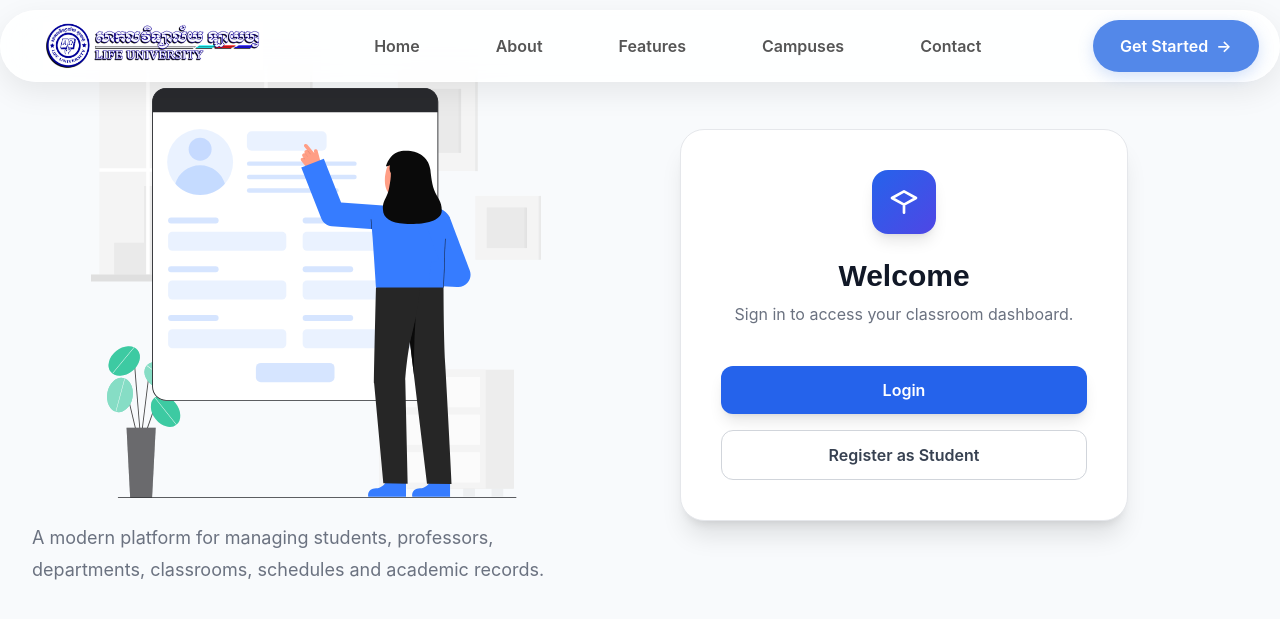
Repository: Chocovcandy/Classroom_Management_System
Page: http://localhost/Login_page
These files come from the project's save history. The page is drawn as it stood at one moment and after the next save; the edit follows.
The browser window is 1280 px wide. The pictures show the whole page.
Some web libraries are served in a nearby version. The page is served by the project's Laravel application, run on PHP 8.4 with Laravel 12. Other server files are loaded and not shown.

Above is the page before, as saved 2026-08-12 08:19:07.

### routes/web.php
<?php

use App\Http\Controllers\ProfileController;
use App\Http\Controllers\RoleSelectController;
use Illuminate\Support\Facades\Route;
use App\Http\Controllers\Admin\DepartmentController;
use App\Http\Controllers\Admin\UserController;

//public routes
Route::get('/', function () {
    return view('welcome');
})->name('welcome');

Route::get('/Login_page', function () {
    return view('Login_page');
})->name('Login_page');


// Authentication routes (login, register, etc.) are provided by Breeze
Route::middleware(['auth'])->group(function () {

    // Role selection (after login)
    Route::get('/role/select', [RoleSelectController::class, 'show'])
        ->name('role.select');

    Route::post('/role/select', [RoleSelectController::class, 'store'])
        ->name('role.select.store');

    // Profile (any logged-in user)
    Route::controller(ProfileController::class)->group(function () {
        Route::get('/profile', 'edit')->name('profile.edit');
        Route::patch('/profile', 'update')->name('profile.update');
        Route::delete('/profile', 'destroy')->name('profile.destroy');
    });

    // Admin routes
    Route::prefix('admin')
        ->name('admin.')
        ->middleware(['role:Admin'])
        ->group(function () {

            Route::view('/dashboard', 'admin.dashboard')
                ->name('dashboard');

            Route::resource('users', UserController::class);
            Route::resource('departments', DepartmentController::class);
        });

 // Dean rputes
    Route::prefix('dean')
        ->name('dean.')
        ->middleware(['role:Dean'])
        ->group(function () {
            Route::view('/dashboard', 'dean.dashboard')
                ->name('dashboard');
        });

    //HoD routes
    Route::prefix('hod')
        ->name('hod.')
        ->middleware(['role:HoD'])
        ->group(function () {
            Route::view('/dashboard', 'hod.dashboard')
                ->name('dashboard');
        });

    // Professor routes
    Route::prefix('professor')
        ->name('professor.')
        ->middleware(['role:Professor'])
        ->group(function () {
            Route::view('/dashboard', 'professor.dashboard')
                ->name('dashboard');
        });

    // Student routes
    Route::prefix('student')
        ->name('student.')
        ->middleware(['role:Student'])
        ->group(function () {
            Route::view('/dashboard', 'student.dashboard')
                ->name('dashboard');
        });


});

require __DIR__.'/auth.php';

### resources/views/Login_page.blade.php
<!DOCTYPE html>
<html lang="en">

<head>
    <meta charset="UTF-8">
    <meta name="viewport" content="width=device-width, initial-scale=1.0">
    <!--=============== BOXICONS ===============-->
    <link rel="stylesheet" href="https://cdn.jsdelivr.net/npm/boxicons@latest/css/boxicons.min.css">

    <link rel="stylesheet" href="/assets/css/style.css">

    <title>Classroom Management System</title>

    <!-- Tailwind CDN (quick setup) -->
    <script src="https://cdn.tailwindcss.com"></script>
</head>
<body>

    <!--=============== HEADER ===============-->
    <header class="header">
        <nav class="nav container">
            <!-- Logo -->
            <a href="#" class="nav__brand">
                <img src="../assets/img/Life_Un_logo.png" alt="Life University" class="LU_logo">
            </a>
            <!-- Menu -->
            <div class="nav__menu">
                <ul class="nav__list">

                    <li class="nav__item">
                        <a href="#home" class="nav__link">Home</a>
                    </li>

                    <li class="nav__item">
                        <a href="#about" class="nav__link">About</a>
                    </li>

                    <li class="nav__item">
                        <a href="#features" class="nav__link">Features</a>
                    </li>

                    <li class="nav__item">
                        <a href="#campuses" class="nav__link">Campuses</a>
                    </li>

                    <li class="nav__item">
                        <a href="#contact" class="nav__link">Contact</a>
                    </li>
                </ul>
            </div>

            <!-- Right Buttons -->
            <div class="nav__actions">
                <div class="home__buttons">
                    <a href="{{ route('Login_page') }}" class="button">
                        Get Started
                        <span style="margin-left: 8px;">→</span>
                    </a>
                </div>
            </div>
        </nav>
    </header>
            <div class="min-h-screen bg-slate-50">


                <div class="max-w-7xl mx-auto px-8 py-16 grid lg:grid-cols-2 gap-20 items-center">
                    <div>
                        <!-- <span class="bg-blue-100 text-blue-700 px-4 py-2 rounded-full text-sm">
                            Classroom Management System
                        </span> -->

                        <div class="img_svg8">
                            <x-icons.form />
                        </div>

                        <p class="mt-6 text-lg text-gray-500 leading-8">

                            A modern platform for managing students,
                            professors, departments, classrooms,
                            schedules and academic records.

                        </p>

                        <!-- <div class="grid grid-cols-2 gap-5 mt-10">

                            <div class="bg-white rounded-2xl p-5 shadow">
                                Student Management
                            </div>

                            <div class="bg-white rounded-2xl p-5 shadow">
                                Professor Management
                            </div>

                            <div class="bg-white rounded-2xl p-5 shadow">
                                Schedule Management
                            </div>

                            <div class="bg-white rounded-2xl p-5 shadow">
                                Department Management
                            </div>

                        </div> -->

                    </div>


                    <!-- Right -->

                    <div class="w-full max-w-md bg-white rounded-3xl border border-gray-200 shadow-xl p-10">

                        <!-- Header -->
                        <div class="text-center">

                            <div
                                class="mx-auto flex h-16 w-16 items-center justify-center rounded-2xl bg-gradient-to-br from-blue-600 to-indigo-600 shadow-lg">
                                <svg xmlns="http://www.w3.org/2000/svg" class="h-8 w-8 text-white" fill="none"
                                    viewBox="0 0 24 24" stroke="currentColor">

                                    <path stroke-linecap="round" stroke-linejoin="round" stroke-width="2"
                                        d="M12 14l9-5-9-5-9 5 9 5zm0 0v6m0-6L3 9m9 5l9-5" />

                                </svg>
                            </div>

                            <h2 class="mt-6 text-3xl font-bold text-gray-900">
                                Welcome
                            </h2>

                            <p class="mt-2 text-gray-500">
                                Sign in to access your classroom dashboard.
                            </p>

                        </div>

                        @guest

                            <div class="mt-10 space-y-4">

                                <a href="{{ route('login') }}"
                                    class="flex items-center justify-center rounded-xl bg-blue-600 py-3 font-semibold text-white shadow-lg hover:bg-blue-700 hover:shadow-xl transition duration-300">

                                    Login

                                </a>

                                @if (Route::has('register'))

                                    <a href="{{ route('register') }}"
                                        class="flex items-center justify-center rounded-xl border border-gray-300 bg-white py-3 font-semibold text-gray-700 hover:bg-gray-50 transition duration-300">

                                        Register as Student

                                    </a>

                                @endif

                            </div>

                        @endguest


                        @auth

                            @php
                                $role = auth()->user()->roles->first()->role_name ?? 'User';
                            @endphp

                            <div class="mt-8">

                                <!-- User Card -->
                                <div class="rounded-2xl bg-slate-50 border border-slate-200 p-5 text-center">

                                    <div
                                        class="mx-auto flex h-14 w-14 items-center justify-center rounded-full bg-blue-100 text-blue-700 font-bold text-xl">

                                        {{ strtoupper(substr(auth()->user()->name, 0, 1)) }}

                                    </div>

                                    <h3 class="mt-4 text-xl font-semibold text-gray-900">
                                        {{ auth()->user()->name }}
                                    </h3>

                                    <span
                                        class="inline-flex mt-2 rounded-full bg-blue-100 px-3 py-1 text-sm font-medium text-blue-700">

                                        {{ $role }}

                                    </span>

                                </div>

                                <!-- Dashboard Button -->

                                @if ($role === 'Admin')
                                <a href="{{ route('admin.dashboard') }}" @elseif ($role === 'Dean')
                                href="{{ route('dean.dashboard') }}" @elseif ($role === 'HoD')
                                    href="{{ route('hod.dashboard') }}" @elseif ($role === 'Professor')
                                    href="{{ route('professor.dashboard') }}" @elseif ($role === 'Student')
                                    href="{{ route('student.dashboard') }}" @endif
                                    class="mt-6 flex justify-center rounded-xl bg-emerald-600 py-3 font-semibold text-white shadow-lg hover:bg-emerald-700 transition">

                                    Go to Dashboard

                                </a>

                                <form method="POST" action="{{ route('logout') }}" class="mt-4">
                                    @csrf

                                    <button type="submit"
                                        class="w-full rounded-xl border border-red-300 py-3 font-medium text-red-600 hover:bg-red-50 transition">

                                        Logout

                                    </button>

                                </form>

                            </div>

                        @endauth

                    </div>
                </div>



            </div>

    </div>


</body>

</html>

Loaded but not shown: routes/auth.php (common file); app/Http/Controllers/Auth/EmailVerificationPromptController.php (common file); app/Http/Controllers/Controller.php (common file); app/Http/Controllers/Auth/VerifyEmailController.php (common file); resources/views/components/icons/form.blade.php (142 lines, source omitted); public/assets/css/style.css (946 lines, source omitted)

After the next save:
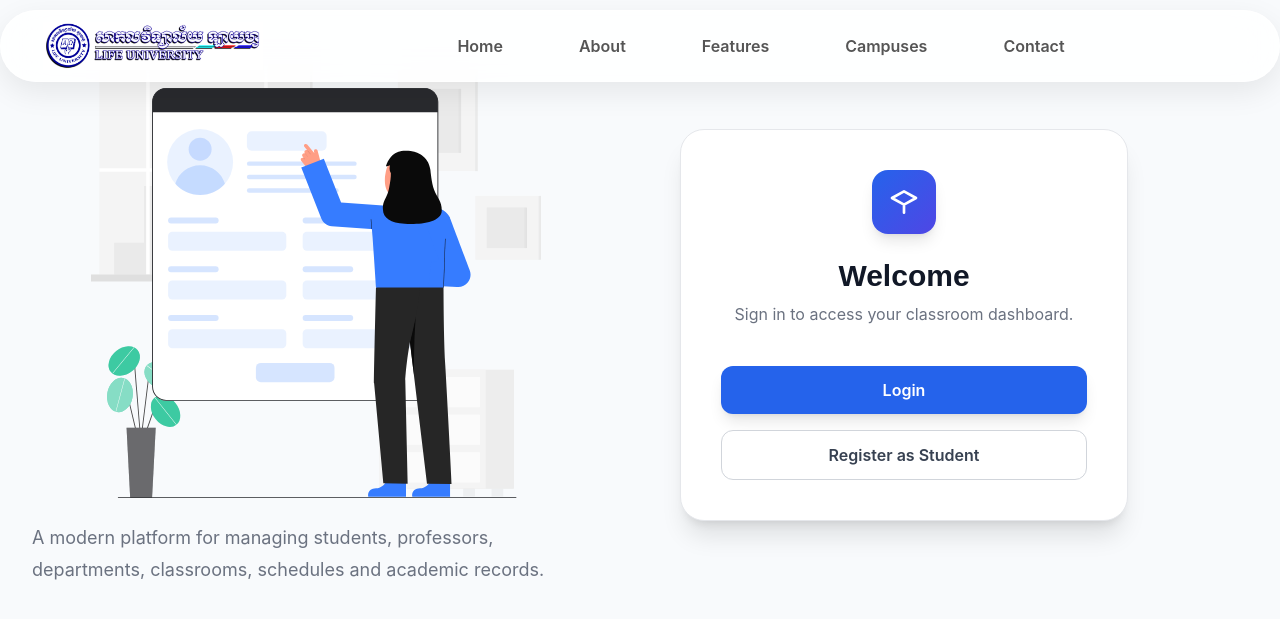
Saved 94 min 57 s later.
--- a/resources/views/Login_page.blade.php
+++ b/resources/views/Login_page.blade.php
@@ -48,16 +48,6 @@
                     </li>
                 </ul>
             </div>
-
-            <!-- Right Buttons -->
-            <div class="nav__actions">
-                <div class="home__buttons">
-                    <a href="{{ route('Login_page') }}" class="button">
-                        Get Started
-                        <span style="margin-left: 8px;">→</span>
-                    </a>
-                </div>
-            </div>
         </nav>
     </header>
             <div class="min-h-screen bg-slate-50">
